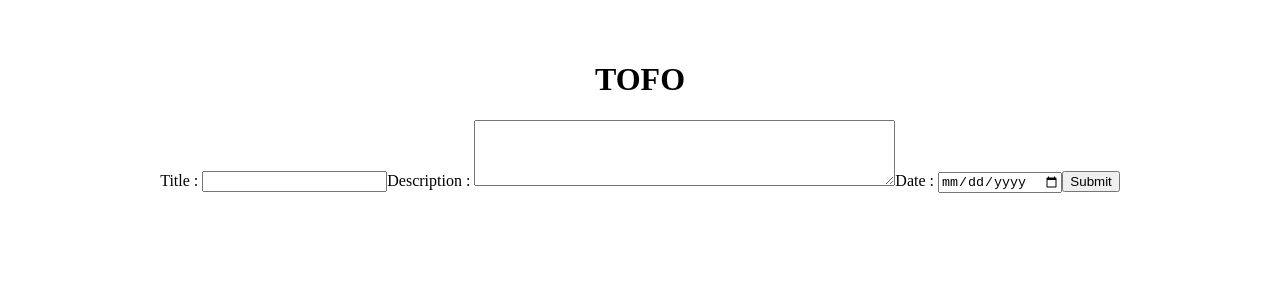
Repository: VishwaGoswami1407/todo-react-frontend
Page: /
These files come from the project's save history. The page is drawn as it stood at one moment and after the next save; the edit follows.
The browser window is 1280 px wide. The pictures show the whole page.
The project was rebuilt for these pictures with package versions that can differ from the ones it lists, and the page was loaded fresh each time. Also part of the build but not shown: vite.config.js.

Above is the page before, as saved 2024-10-27 23:19:43.

### src/App.jsx
import './App.css'

function App() {

  return (
    <>
     <h1>TOFO</h1>
     <label>Title : </label>
     <input type="text" name="title" />
     <label>Description : </label>
     <textarea name="description" rows="4" cols="50"></textarea>
     <label>Date : </label>
     <input type="date" name="date" />
     <button type="submit" name="submit">Submit</button>

    </>
  )
}

export default App

Loaded but not shown: index.html (common file); src/main.jsx (common file); src/App.css (common file)

After the next save:
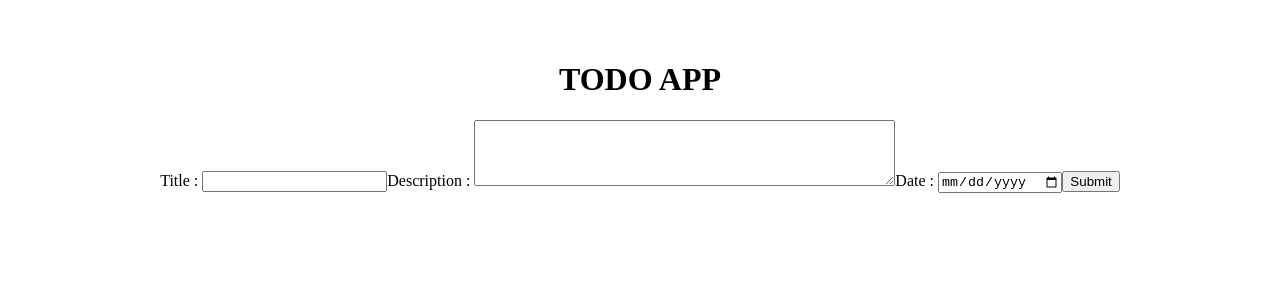
Saved 4 s later.
--- a/src/App.jsx
+++ b/src/App.jsx
@@ -4,7 +4,7 @@ function App() {
 
   return (
     <>
-     <h1>TOFO</h1>
+     <h1>TODO APP</h1>
      <label>Title : </label>
      <input type="text" name="title" />
      <label>Description : </label>
